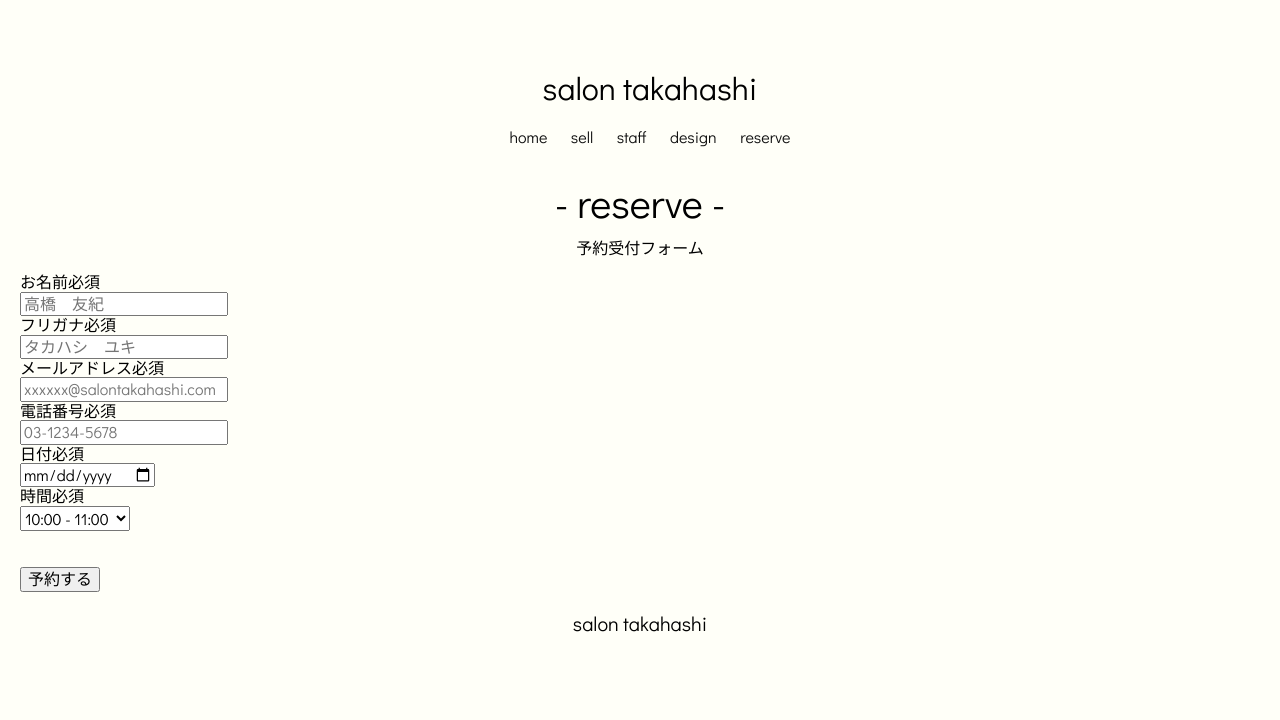
Repository: yukitakahashi1002/salontakahashi-
Page: jel-reserve-form.html
The author's editor kept a copy of each file at every save. The page is drawn from the files as they stood at one save, then again after the next save.
The browser window is 1280 px wide. The pictures show the whole page.

Above is the page before, as saved 2023-08-09 01:45:43.

After the next save:
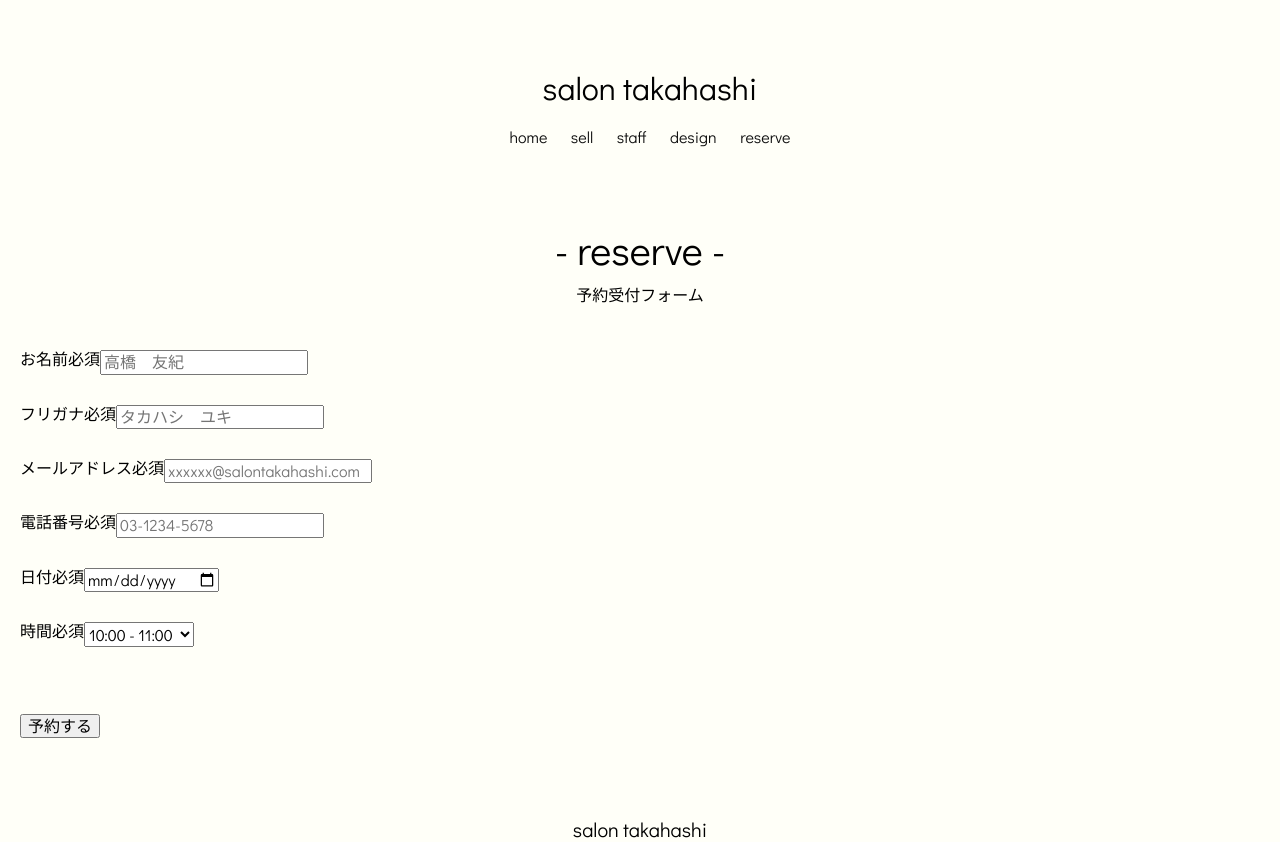
Saved 3 min 59 s later.
--- a/css/style.css
+++ b/css/style.css
@@ -370,3 +370,16 @@ footer {
 footer p {
     font-size: 20px;
 }
+
+/* 予約フォーム */
+#reserve-form {
+    margin: 80px auto 80px auto;
+}
+
+/* 外枠 */
+#reserve-form > form > div {
+    display: flex;
+    flex-direction: row;
+    flex-wrap: wrap;
+    padding-bottom: 30px;
+}
